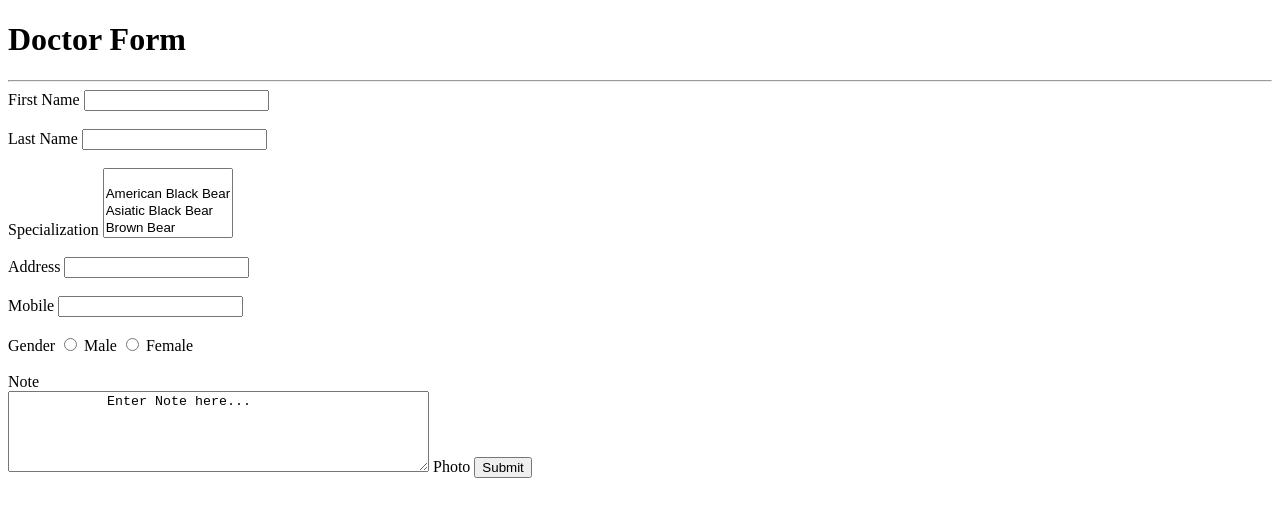
Repository: aayush105/Advance-Java
Page: http://localhost/Doctorpatient/Doctor.jsp
These files come from the project's save history. The page is drawn as it stood at one moment and after a run of saves; the edit follows.
The browser window is 1280 px wide. The pictures show the whole page.
The page is served by Tomcat 10.

Above is the page before, as saved 2023-07-20 10:50:50.

After the next 2 saves:
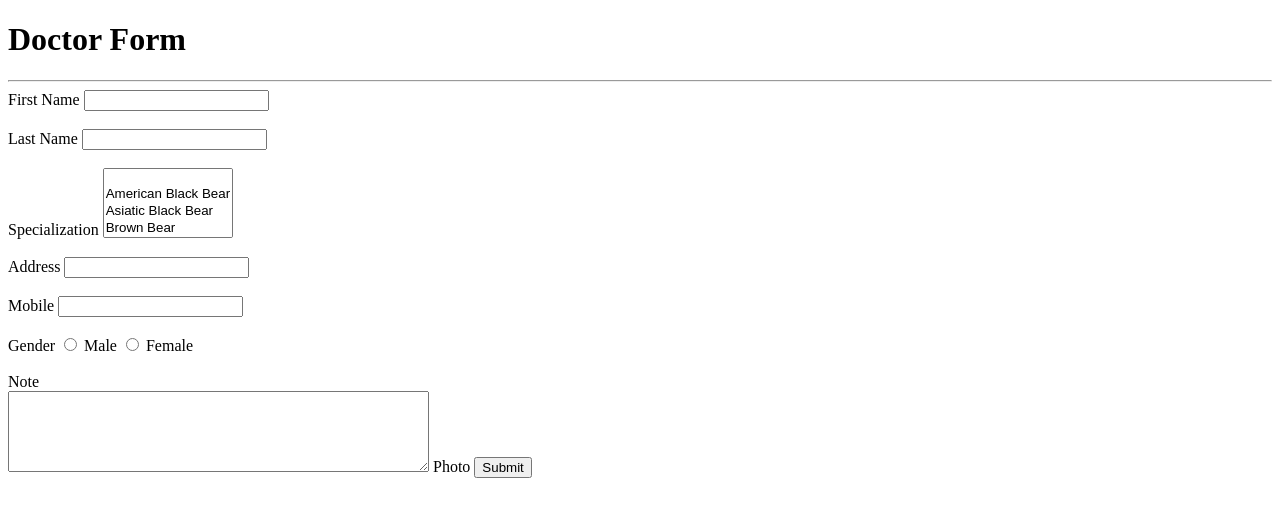
The 2 saves are shown as one change because they came seconds apart.
The last was saved 44 s later.
--- a/Doctorpatient/src/main/webapp/Doctor.jsp
+++ b/Doctorpatient/src/main/webapp/Doctor.jsp
@@ -31,8 +31,8 @@ Gender <input type="radio" name="gender" value="male"> Male
 <input type="radio" name="gender" value="female"> Female
 <br><br>
 Note <br />
-         <textarea rows = "5" cols = "50" name = "description">
-            Enter Note here...
+         <textarea rows = "5" cols = "50" name = "description" placeholder ="Enter note here">
+
          </textarea>
 Photo
 
